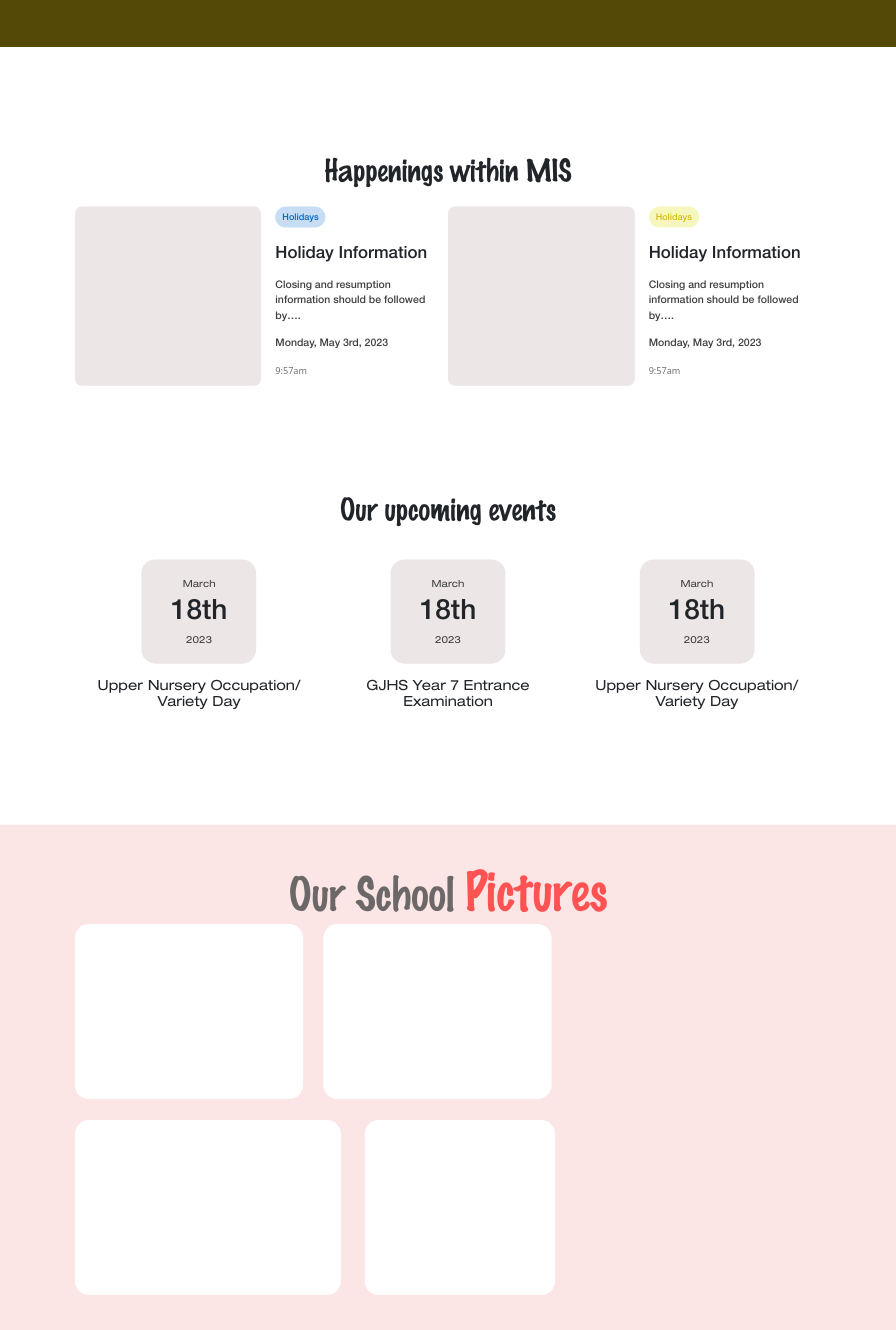
Repository: sarahnnanyelugo/MIGS
Page: /
The author's editor kept a copy of each file at every save. The page is drawn from the files as they stood at one save, then again after the next save.
The browser window is 1280 px wide. The pictures show the part of the page from y = 4453 to 6373 px (the page is 6353 px tall before and 6373 px after), at 70% of full size.
The project was rebuilt for these pictures with package versions that can differ from the ones it lists, and the page was loaded fresh each time.

Above is the page before, as saved 2023-05-30 14:27:25.

### src/index.js
import React from "react";
import ReactDOM from "react-dom/client";
import "./index.css";
import App from "./App";
import reportWebVitals from "./reportWebVitals";
import "bootstrap/dist/css/bootstrap.min.css";
import { BrowserRouter, Routes, Route, Link, Outlet } from "react-router-dom";
const root = ReactDOM.createRoot(document.getElementById("root"));
root.render(
  <BrowserRouter>
    <App />
  </BrowserRouter>
);

// If you want to start measuring performance in your app, pass a function
// to log results (for example: reportWebVitals(console.log))
// or send to an analytics endpoint. Learn more: https://bit.ly/CRA-vitals
reportWebVitals();

### src/App.js
import logo from "./logo.svg";
import "./App.scss";
import "bootstrap/dist/css/bootstrap.min.css";
import { BrowserRouter, Routes, Route, Link, Outlet } from "react-router-dom";
import Home from "./pages/Home/Home";
import ScrollToTop from "./components/scrollToTop";
import NavBar from "./components/NavBar/NavBar";
function App() {
  return (
    <>
      <ScrollToTop />
      <NavBar />
      <Routes>
        {" "}
        <Route path="/" element={<Home />} />
        {/* <Route path="tech-hub-page" element={<TechHub />} />
        <Route path="team-hire" element={<TeamHire />} />
        <Route path="hire-page" element={<HiringPage />} /> */}
      </Routes>
    </>
  );
}

export default App;

### src/App.scss
@font-face {
  font-family: maker;
  src: url(./assets/fonts/marker-felt/Marker-Felt.ttf);
}
@font-face {
  font-family: helveticaB;
  src: url(./assets/fonts/helvetica/HelveticaNeueBold.ttf);
}
@font-face {
  font-family: helveticaM;
  src: url(./assets/fonts/helvetica/HelveticaNeueMedium.ttf);
}
@font-face {
  font-family: helveticaR;
  // src: url(./assets/fonts/helvetica/HelveticaNeueRegular.ttf);
  src: url(./assets/fonts/helvetica/HelveticaNeue-Extended.otf);
}

h1,
h2,
h3,
h4,
h5,
h6 {
  font-family: maker;
}

### src/components/NavBar/NavBar.jsx
import React, { useEffect, useState, useRef } from "react";
import { Link, NavLink } from "react-router-dom";
import "./_navbar.scss";
import { useLocation } from "react-router-dom";
// import Icofont from "react-icofont";
import Logo from "../../assets/images/logo2.png";

function NavBar() {
  return (
    <>
      <div className="nav-container col-md-10 offset-md-1">
        {" "}
        <div className=" col-md-1 tech-logo-div">
          {" "}
          <img className="tech-logo" src={Logo} alt="Scholar" width="60%" />
        </div>
        <ul className="list-inline list-unstyled ">
          <li className="list-inline-item">
            <NavLink className="tech-links cool-link" to={"/"}>
              About
            </NavLink>
          </li>
          <li className="list-inline-item">
            <NavLink className="tech-links cool-link">Admission</NavLink>
          </li>
          <li className="list-inline-item">
            <NavLink className="tech-links cool-link">Academics</NavLink>
          </li>
          <li className="list-inline-item">
            <NavLink className="tech-links cool-link">IEC</NavLink>
          </li>{" "}
          <li className="list-inline-item">
            <NavLink className="tech-links cool-link">E-shop</NavLink>
          </li>
          <li className="list-inline-item">
            <NavLink className="tech-links cool-link">Gallery</NavLink>
          </li>
          <li className="list-inline-item">
            <button className="nav-btn">e-portal</button>
          </li>
        </ul>
      </div>
    </>
  );
}

export default NavBar;

### src/components/AppModal/AppModal.js
import "./_app-modal.scss";

// import ModalImg from "../../assets/read2.png";
// import SampleLogo from "../../assets/wellspring.png";

import React, { useEffect, useRef, useState } from "react";

export const AppModal = () => {
  const [showActive, setShowActive] = useState(false);
  const modalContainer = useRef(null);
  const bodyTag = useRef(null);

  useEffect(() => {
    setTimeout(() => {
      // modalContainer.addClass("two");
      // document.body.addClass("modal-active");
      setShowActive(true);
      // modalContainer.click(function () {
      // setShowActive(false);
      // this.addClass("out");
      // document.body.removeClass("modal-active");
      // });
    }, 2000);
  }, []);
  const setThisShowActive = () => {
    setShowActive(!showActive);
  };
  return (
    <>
      <div
        className={`col-md-2 my-app-modal-container ${
          showActive ? "modal-active" : ""
        }`}
      >
        <div
          ref={modalContainer}
          className={`col-md-12 ${showActive ? "two" : ""}`}
          id="modal-container"
        >
          <div className="modal-background col-md-12">
            <button onClick={setThisShowActive} className="close-btn">
              {/* <i class="icofont-close">x</i> */}X
            </button>

            <div className="modal col-md-10">
              <div className="col-md-12 ">
                <h2>Admission in progress</h2>
                <p>
                  Admission is currently on into Creche, Pre-school, Primary and
                  Secondary classes.
                </p>
                <buttton className="app-btn col-md-12">Apply Now</buttton>
              </div>{" "}
            </div>
          </div>
        </div>
      </div>
    </>
  );
};

### src/pages/Home/home.scss
@import "../../variables";
@import "../../shared-styles";
.landing-img {
  position: relative;
  text-align: left;
  color: #fff;
  height: 800px;
  background-color: grey;
}
.centered {
  position: absolute;
  top: 50%;
  left: 20%;

  transform: translate(-50%, -50%);
  h1 {
    font-size: 114px !important;
  }
}
.welcome-header {
  color: #707070;

  h1 {
    font-size: 60px;
  }
}
.welcome-paragraph {
  p {
    color: #707070;
    font-family: helveticaM;
  }
}
.welcome-div {
  height: 800px;
  background: url("../../assets/images/curly.png");
  background-size: contain;
  background-repeat: no-repeat;
}
.section-div {
  margin-top: -280px;

  h1 {
    font-size: 60px;
    color: #707070;
  }
}
.sections-container {
  position: relative;
  text-align: center;
  margin-bottom: 50px;
  border-radius: 10px;
  height: 358px;
}
.bottom-left {
  position: absolute;
  bottom: 8px;
  left: 16px;
}
.early-years {
  background: #ff5252;
  color: #fff;
}
.primary {
  background: #f2e15f;
  color: #000;
}
.special {
  background: #838383;
  color: #fff;
}
.junior {
  background: #2ebbef;
  color: #fff;
}
.senior {
  background: #30eaa9;
  color: #000;
}
.birthright-div {
  background: url("../../assets/images/pink-bg.png");
  background-size: cover;
  background-repeat: no-repeat;
  padding: 60px 0;
  margin: 100px 0;
  h1 {
    margin-bottom: 20px;
  }
  span {
    color: $red;
    font-size: 60px;
  }
  color: #707070;
  p {
    font-family: helveticaM;
    margin-bottom: 100px;
  }
  .img-div {
    height: 487px;
    border-radius: 10px;
    background: #fff;
  }
}
.stats-div {
  background: #554907;
  padding: 50px 0;
  h1 {
    color: #fff;
    font-size: 60px;
    // margin-bottom: 40px;
  }
  .stats {
    h1 {
      color: #fff;
      font-size: 70px;
      font-family: helveticaB;
    }
    p {
      color: #fff;
      font-family: helveticaM;
    }
  }
}
.news-div {
  margin-bottom: 50px;
  .img-div2 {
    background: #ede6e6;
    border-radius: 10px;
    height: 256px;
  }
  .news-details {
    padding: 0 0 0 20px;
    h4 {
      font-family: helveticaM;
      margin: 20px 0;
    }
    button {
      border: none;
      width: 72px;
      height: 30px;
      font-size: 13px;
      font-family: helveticaM;
      border-radius: 35px;
    }
    p {
      font-family: helveticaM;
      color: #414040;
      font-size: 15px;
    }
    small {
      font-size: 13px;
      color: #707070;
    }
    .holidays {
      background: #c6ddf4;
      color: #0b66c1;
    }
    .events {
      background: #f6f7be;
      color: #d3bd13;
    }
  }
}
.events-container {
  height: 149px;
  background: #ede6e6;
  width: 164px;
  border-radius: 20px;
  padding-top: 22px;
  h1 {
    font-family: helveticaM;
  }
  small {
    font-family: helveticaR;
    color: #414040;
  }
}
.upcoming-div {
  p {
    font-family: helveticaR;
    font-size: 20px;
    margin-top: 20px;
    line-height: 22px;
  }
}
.pictures-container {
  background: #fbe5e5;
  padding: 50px 0;
  h1 {
    font-size: 60px;
    color: #6c6868;
  }
  span {
    font-size: 70px;
    color: $red;
  }
  .img-div2 {
    background: #fff;
    border-radius: 20px;
    height: 250px;
  }
  .img-div2 {
    background: #fff;
    border-radius: 20px;
    height: 250px;
  }
}

### src/pages/Home/Events.js
import React from "react";

function Events({ day, year, month }) {
  return (
    <div className="events-container">
      <center>
        <small>{month}</small>
        <h1>{day}</h1>
        <small>{year}</small>
      </center>
    </div>
  );
}

export default Events;

### src/components/NavBar/_navbar.scss
@import "../../variables";
@import "../../shared-styles";

.nav-container {
  display: flex;
  padding-top: 20px;
  position: relative;
  z-index: 2 !important;
  padding-bottom: 0;
  height: 90px;
  background-color: #fff !important;
  ul li {
    margin-top: 0px !important;
  }
  .nav-btn {
    @include app-btn;
    padding: 8px 40px;
    // margin-top: 0 !important;
    border: none;
  }
  .tech-logo-div {
    flex-grow: 1 !important;
    margin-top: -10px;
  }
  .tech-links {
    color: #000;
    text-decoration: none;
    font-family: helveticaM;
    margin: 0px 28px !important;
    &:hover {
      color: $red;
    }
  }
}

### src/components/AppModal/_app-modal.scss
@import "../../variables";
@import "../../shared-styles";

.my-app-modal-container {
  position: relative;
  z-index: 3000 !important;
  .close-btn {
    right: 39% !important;
    background: grey !important;
    border-radius: 100%;
    position: relative;
    float: right;
    height: 30px !important;
    width: 30px !important;
    font-size: 15px;
    font-weight: bold;
    color: #fff !important;
    margin-top: -25px;

    background: transparent;
    border: none;
    z-index: 4000;
    &:hover {
      color: $lightblue !important;
    }
    @media screen and (max-width: 620px) {
      right: 5% !important;
      margin-top: 20px;
    }
  }
  * {
    box-sizing: border-box;
  }

  html,
  body,
  .my-app-modal-container {
    min-height: 100%;
    height: 100%;

    &.modal-active {
      overflow: hidden;
    }
  }

  #modal-container {
    position: fixed;
    display: table;
    height: 100%;
    width: 100%;
    top: 0;
    left: 0;
    transform: scale(0);
    z-index: 1;

    &.two {
      transform: scale(1);
      .modal-background {
        background: rgba(0, 0, 0, 0);
        animation: fadeIn 0.5s cubic-bezier(0.165, 0.84, 0.44, 1) forwards;
        .modal {
          opacity: 0;
          animation: scaleUp 1s cubic-bezier(0.165, 0.84, 0.44, 1) forwards;
          background: #fff !important;
          border-radius: 10px;
          width: 25%;
          height: 70%;
          top: 0px;
          padding: 20px;
          @media screen and (max-width: 620px) {
            height: fit-content;
            width: 90%;
            top: 70px;
          }
          color: black;

          p {
            text-align: center !important;
            font-family: helveticaM;
            font-size: 14px;
          }
          h2 {
            font-family: helveticaB;
          }
        }
      }
      + .content {
        animation: scaleBack 0.5s cubic-bezier(0.165, 0.84, 0.44, 1) forwards;
      }
      &.out {
        animation: quickScaleDown 0s 0.5s linear forwards;
        .modal-background {
          animation: fadeOut 0.5s cubic-bezier(0.165, 0.84, 0.44, 1) forwards;
          .modal {
            animation: scaleDown 0.5s cubic-bezier(0.165, 0.84, 0.44, 1)
              forwards;
          }
        }
        + .content {
          animation: scaleForward 0.5s cubic-bezier(0.165, 0.84, 0.44, 1)
            forwards;
        }
      }
    }

    .modal-background {
      display: table-cell;
      background: rgba(0, 0, 0, 0.6);
      text-align: center;
      vertical-align: middle;
      .modal {
        background: white;
        padding: 30px 0;
        display: inline-block;
        position: relative;

        .modal-svg {
          position: absolute;
          top: 0;
          left: 0;
          height: 100%;
          width: 100%;
          border-radius: 3px;
          rect {
            stroke: #fff;
            stroke-width: 2px;
            stroke-dasharray: 778;
            stroke-dashoffset: 778;
          }
        }
      }
    }
  }

  @keyframes unfoldIn {
    0% {
      transform: scaleY(0.005) scaleX(0);
    }
    50% {
      transform: scaleY(0.005) scaleX(1);
    }
    100% {
      transform: scaleY(1) scaleX(1);
    }
  }

  @keyframes unfoldOut {
    0% {
      transform: scaleY(1) scaleX(1);
    }
    50% {
      transform: scaleY(0.005) scaleX(1);
    }
    100% {
      transform: scaleY(0.005) scaleX(0);
    }
  }

  @keyframes zoomIn {
    0% {
      transform: scale(0);
    }
    100% {
      transform: scale(1);
    }
  }

  @keyframes zoomOut {
    0% {
      transform: scale(1);
    }
    100% {
      transform: scale(0);
    }
  }

  @keyframes fadeIn {
    0% {
      background: rgba(0, 0, 0, 0);
    }
    100% {
      background: rgba(0, 0, 0, 0.7);
    }
  }

  @keyframes fadeOut {
    0% {
      background: rgba(0, 0, 0, 0.7);
    }
    100% {
      background: rgba(0, 0, 0, 0);
    }
  }

  @keyframes scaleUp {
    0% {
      transform: scale(0.8) translateY(1000px);
      opacity: 0;
    }
    100% {
      transform: scale(1) translateY(0px);
      opacity: 1;
    }
  }

  @keyframes scaleDown {
    0% {
      transform: scale(1) translateY(0px);
      opacity: 1;
    }
    100% {
      transform: scale(0.8) translateY(1000px);
      opacity: 0;
    }
  }

  @keyframes scaleBack {
    0% {
      transform: scale(1);
    }
    100% {
      transform: scale(0.85);
    }
  }

  @keyframes scaleForward {
    0% {
      transform: scale(0.85);
    }
    100% {
      transform: scale(1);
    }
  }

  @keyframes quickScaleDown {
    0% {
      transform: scale(1);
    }
    99.9% {
      transform: scale(1);
    }
    100% {
      transform: scale(0);
    }
  }

  @keyframes slideUpLarge {
    0% {
      transform: translateY(0%);
    }
    100% {
      transform: translateY(-100%);
    }
  }

  @keyframes slideDownLarge {
    0% {
      transform: translateY(-100%);
    }
    100% {
      transform: translateY(0%);
    }
  }

  @keyframes moveUp {
    0% {
      transform: translateY(150px);
    }
    100% {
      transform: translateY(0);
    }
  }

  @keyframes moveDown {
    0% {
      transform: translateY(0px);
    }
    100% {
      transform: translateY(150px);
    }
  }

  @keyframes blowUpContent {
    0% {
      transform: scale(1);
      opacity: 1;
    }
    99.9% {
      transform: scale(2);
      opacity: 0;
    }
    100% {
      transform: scale(0);
    }
  }

  @keyframes blowUpContentTwo {
    0% {
      transform: scale(2);
      opacity: 0;
    }
    100% {
      transform: scale(1);
      opacity: 1;
    }
  }

  @keyframes blowUpModal {
    0% {
      transform: scale(0);
    }
    100% {
      transform: scale(1);
    }
  }

  @keyframes blowUpModalTwo {
    0% {
      transform: scale(1);
      opacity: 1;
    }
    100% {
      transform: scale(0);
      opacity: 0;
    }
  }

  @keyframes roadRunnerIn {
    0% {
      transform: translateX(-1500px) skewX(30deg) scaleX(1.3);
    }
    70% {
      transform: translateX(30px) skewX(0deg) scaleX(0.9);
    }
    100% {
      transform: translateX(0px) skewX(0deg) scaleX(1);
    }
  }

  @keyframes roadRunnerOut {
    0% {
      transform: translateX(0px) skewX(0deg) scaleX(1);
    }
    30% {
      transform: translateX(-30px) skewX(-5deg) scaleX(0.9);
    }
    100% {
      transform: translateX(1500px) skewX(30deg) scaleX(1.3);
    }
  }

  @keyframes sketchIn {
    0% {
      stroke-dashoffset: 778;
    }
    100% {
      stroke-dashoffset: 0;
    }
  }

  @keyframes sketchOut {
    0% {
      stroke-dashoffset: 0;
    }
    100% {
      stroke-dashoffset: 778;
    }
  }

  @keyframes modalFadeIn {
    0% {
      background-color: transparent;
    }
    100% {
      background-color: white;
    }
  }

  @keyframes modalFadeOut {
    0% {
      background-color: white;
    }
    100% {
      background-color: transparent;
    }
  }

  @keyframes modalContentFadeIn {
    0% {
      opacity: 0;
      top: -20px;
    }
    100% {
      opacity: 1;
      top: 0;
    }
  }

  @keyframes modalContentFadeOut {
    0% {
      opacity: 1;
      top: 0px;
    }
    100% {
      opacity: 0;
      top: -20px;
    }
  }

  @keyframes bondJamesBond {
    0% {
      transform: translateX(1000px);
    }
    80% {
      transform: translateX(0px);
      border-radius: 75px;
      height: 75px;
      width: 75px;
    }
    90% {
      border-radius: 3px;
      height: 182px;
      width: 247px;
    }
    100% {
      border-radius: 3px;
      height: 162px;
      width: 227px;
    }
  }

  @keyframes killShot {
    0% {
      transform: translateY(0) rotate(0deg);
      opacity: 1;
    }
    100% {
      transform: translateY(300px) rotate(45deg);
      opacity: 0;
    }
  }

  @keyframes fadeToRed {
    0% {
      background-color: rgba(black, 0.6);
    }
    100% {
      background-color: rgba(red, 0.8);
    }
  }

  @keyframes slowFade {
    0% {
      opacity: 1;
    }
    99.9% {
      opacity: 0;
      transform: scale(1);
    }
    100% {
      transform: scale(0);
    }
  }
}

### src/_variables.scss
$yellow: rgb(255, 210, 16);
$red: #ff5252;
$skyblue: rgb(83, 180, 242);
$lightblue: rgb(12, 99, 177);
$lightblue2: rgb(12, 88, 160);
$lighterblue: rgb(211, 236, 252);
$deepblue2: rgb(0, 79, 157);
$mainblue: rgb(1, 71, 141);

@mixin app-btn {
  color: #fff;
  border-radius: 35px;
  padding: 8px 130px;
  font-size: 14px;
  background: $red;

  font-family: helveticaM;
  &:hover {
    background: #c90e0e;
    transition: 0.5s ease;
  }
}

### src/_shared-styles.scss
@import "./variables";

@media screen and (max-width: 620px) {
  .flexyM {
    display: flex !important;
  }
  .side-menu {
    display: none !important;
  }
  .page-body {
    padding: 20px;
  }

  .dn {
    display: none;
  }
  .holder img {
    height: 200px;
    margin-top: 40px !important;
  }
  .overlay {
    bottom: -30px !important;
  }
  .m-margin {
    margin-top: 0 !important;
    margin-bottom: 0 !important;
  }
  .navigations {
    display: none;
  }
  .breadcrum {
    margin-top: 350px !important;
  }
}
@media screen and (min-width: 620px) {
  .flexy {
    display: flex;
  }
  .spread {
    display: flex;
  }
  // {
  //   display:none;
  // }
}

/* Container needed to position the overlay. Adjust the width as needed */
.holder {
  position: relative;
  width: 100%;
}

.side-nav2 {
  @media screen and (max-width: 620px) {
    padding: 0 10px 0;
  }
}
.br {
  border-radius: 10px;
}
.mt1 {
  margin-top: 10px;
}
.mt2 {
  margin-top: 20px;
}
.mt3 {
  margin-top: 30px;
}
.mt4 {
  margin-top: 40px;
}
.mt5 {
  margin-top: 50px;
}
.mt6 {
  margin-top: 60px;
}
.mt7 {
  margin-top: 70px;
}
.mt8 {
  margin-top: 80px;
}
.mt9 {
  margin-top: 90px;
}
.mt {
  margin-top: 120px;
}
.mtt {
  margin-top: 150px;
}
.mr1 {
  margin-right: 10px;
}
.mr2 {
  margin-right: 20px;
}
.mr3 {
  margin-right: 30px;
}
.mr4 {
  margin-right: 40px;
}
.mr5 {
  margin-right: 50px;
}
.mr6 {
  margin-right: 60px;
}
.mr7 {
  margin-right: 70px;
}
.mb1 {
  margin-bottom: 10px;
}
.mb2 {
  margin-bottom: 20px;
}
.mb3 {
  margin-bottom: 30px;
}
.mb4 {
  margin-bottom: 40px;
}
.mb5 {
  margin-bottom: 50px;
}
.mb6 {
  margin-bottom: 60px;
}
.ml2 {
  margin-left: 20px;
}
.ml3 {
  margin-left: 30px;
}
.ml4 {
  margin-left: 40px;
}
.ml5 {
  margin-left: 50px;
}
.ml6 {
  margin-left: 60px;
}

.app-btn {
  @include app-btn;
  width: 100% !important;
}
.tac {
  text-align: center;
}
.normal-link {
  font-family: helveticaM;
  color: black !important;
  text-decoration: none;
}

Loaded but not shown: public/index.html (common file); src/index.css (common file); src/reportWebVitals.js (common file); src/components/scrollToTop.js (common file); src/pages/Home/Home.js (353 lines, source omitted)

After the next save:
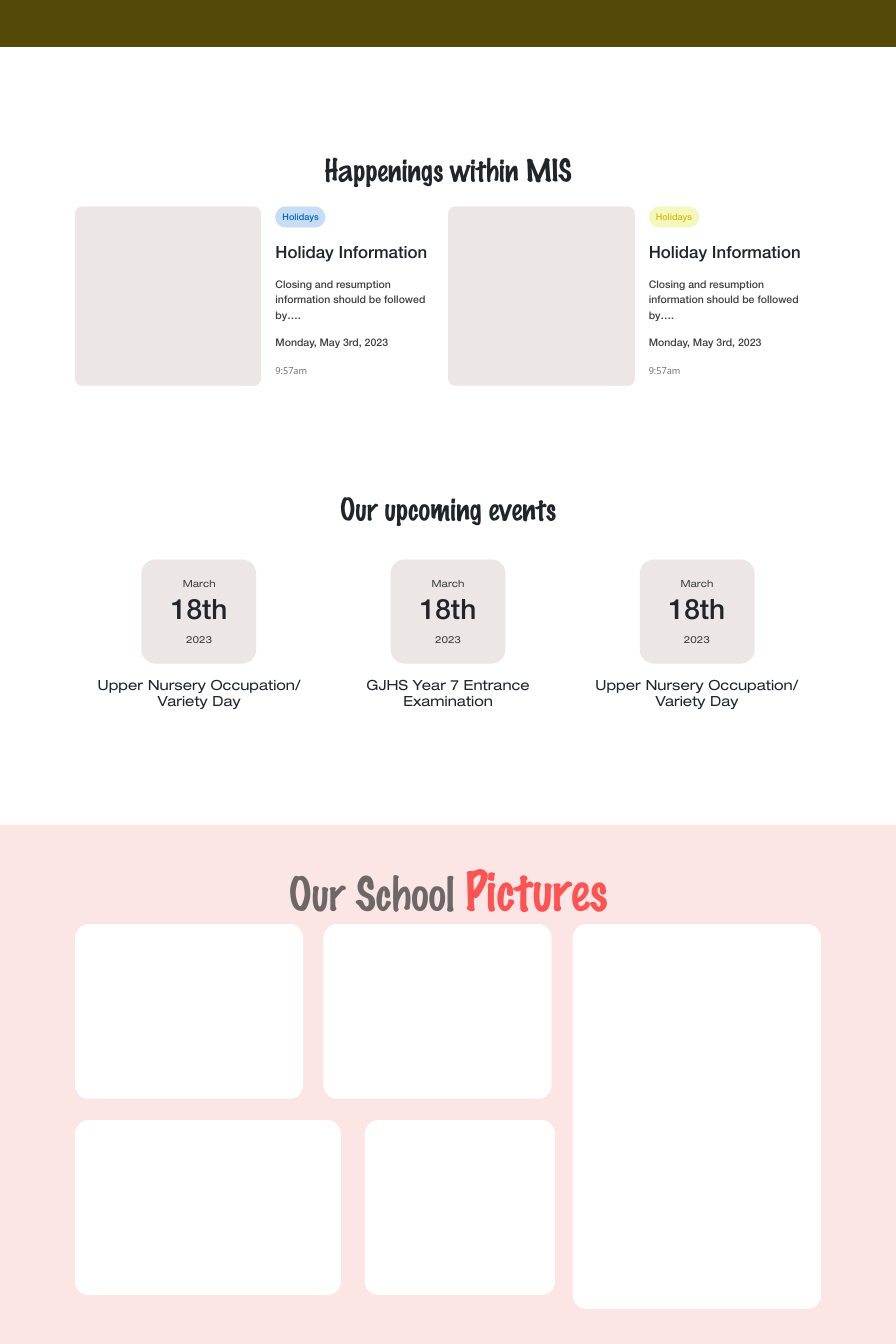
Saved 9 s later.
--- a/src/pages/Home/home.scss
+++ b/src/pages/Home/home.scss
@@ -198,9 +198,9 @@
     border-radius: 20px;
     height: 250px;
   }
-  .img-div2 {
+  .img-div {
     background: #fff;
     border-radius: 20px;
-    height: 250px;
-  }
-}
+    height: 550px;
+  }
+}
